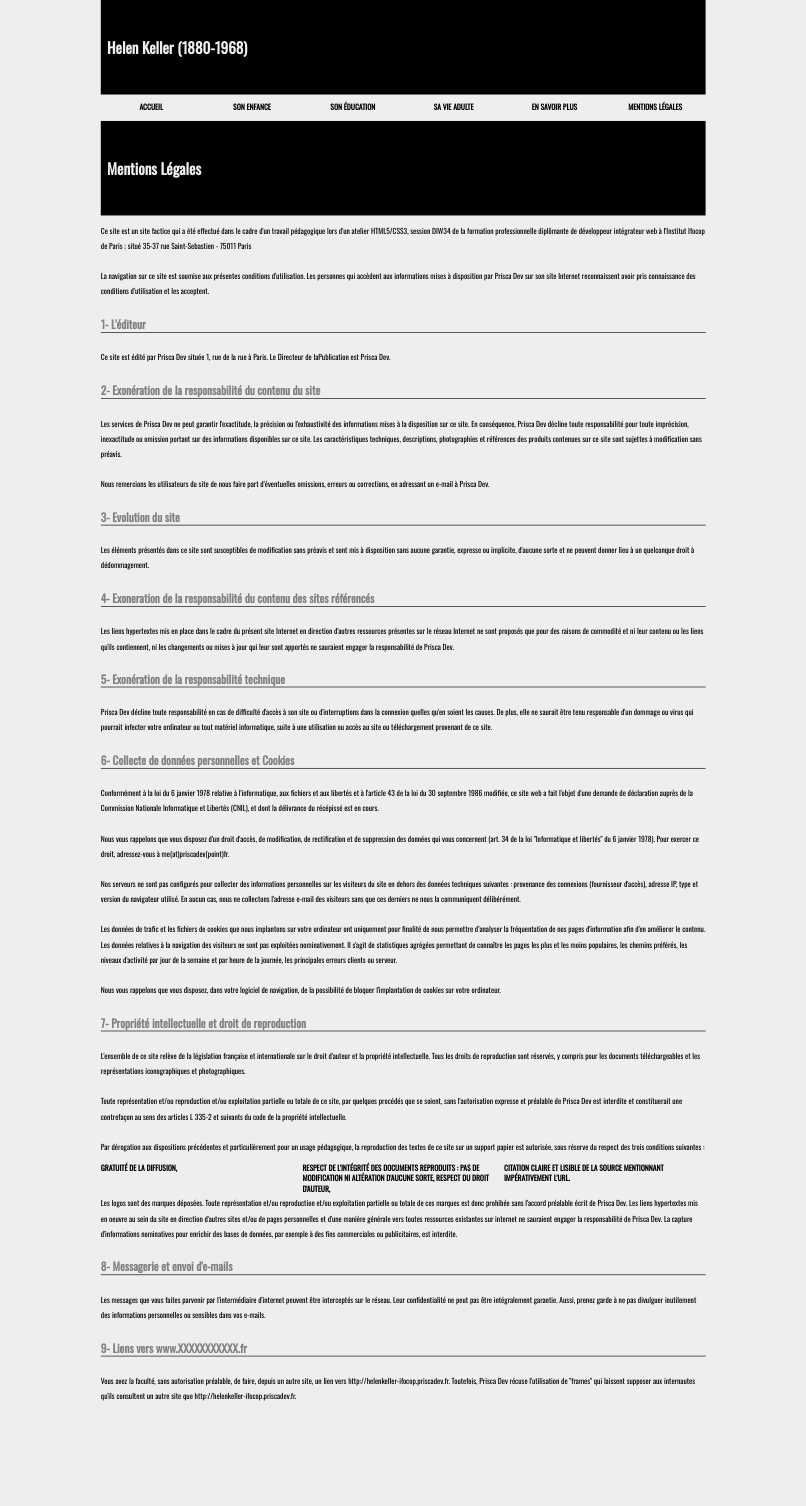
Repository: Luc010/Exercices
Page: HTML CSS/biographie_helen_keller/mentions.html
An editor plug-in stored every save of this project. The page is shown before and after a run of saves, followed by the edit.
The browser window is 1280 px wide. The pictures show the whole page, at 63% of full size.

Above is the page before, as saved 2019-09-04 15:39:56.

### HTML CSS/biographie_helen_keller/mentions.html
<!DOCTYPE html>
<html lang="fr">
<head>
    <title>Biographie Helen Keller - Mentions Légales</title>
    <meta charset="UTF-8">
    <meta name="viewport" content="width=device-width, initial-scale=1.0">
    <meta http-equiv="X-UA-Compatible" content="ie=edge">
    <link href="style.css" rel="stylesheet">
</head>
<body>
    <header>
        <div class="container">
            <h1>Helen Keller (1880-1968)</h1>
        </div>
    </header>
    <nav>
        <ul>
            <li><a href="index.html">Accueil</a></li>
            <li><a href="enfance.html">Son enfance</a></li>
            <li><a href="education.html">Son éducation</a></li>
            <li><a href="adulte.html">Sa vie adulte</a></li>
            <li><a href="savoirplus.html">En savoir plus</a></li>
            <li><a href="mentions.html">Mentions légales</a></li>
        </ul>
    </nav>
    <main>
        <div class="container">
            <h1>Mentions Légales</h1>
            <p>Ce site est un site factice qui a été effectué dans le cadre d'un travail
                pédagogique lors d'un atelier HTML5/CSS3, session DIW34 de la formation professionnelle diplômante de
                développeur intégrateur web à l'Institut Ifocop de
                Paris ; situé 35-37 rue Saint-Sebastien - 75011 Paris
            </p>
            <p>
                La navigation sur ce site est soumise aux présentes conditions d'utilisation. Les personnes
                qui accèdent aux informations mises à disposition par Prisca Dev sur son site Internet reconnaissent
                avoir pris
                connaissance des conditions d'utilisation et les acceptent.
            </p>
            <h2>1- L'éditeur</h2>
            <p>Ce site est édité par Prisca Dev située 1, rue de la rue à Paris. Le Directeur de laPublication est
                Prisca Dev.
            </p>
            <h2>2- Exonération de la responsabilité du contenu du site</h2>
            <p>Les services de Prisca Dev ne peut garantir l'exactitude, la précision ou l'exhaustivité
                des informations mises à la disposition sur ce site. En conséquence, Prisca Dev décline toute
                responsabilité
                pour toute imprécision, inexactitude ou omission portant sur des informations disponibles sur ce site.
                Les
                caractéristiques techniques, descriptions, photographies et références des produits contenues sur ce
                site sont
                sujettes à modification sans préavis.
            </p>
            <p>Nous remercions les utilisateurs du site de nous faire part d’éventuelles omissions, erreurs ou
                corrections,
                en adressant un e-mail à Prisca Dev.
            </p>
            <h2>3- Evolution du site</h2>
            <p>Les éléments présentés dans ce site sont susceptibles de modification sans préavis et sont
                mis à disposition sans aucune garantie, expresse ou implicite, d'aucune sorte et ne peuvent donner lieu
                à un
                quelconque droit à dédommagement.</p>
            <h2>4- Exoneration de la responsabilité du contenu des sites référencés</h2>
            <p>Les liens hypertextes mis en place dans le cadre du présent site Internet en direction
                d'autres ressources présentes sur le réseau Internet ne sont proposés que pour des raisons de commodité
                et ni
                leur contenu ou les liens qu'ils contiennent, ni les changements ou mises à jour qui leur sont apportés
                ne
                sauraient engager la responsabilité de Prisca Dev.
            </p>
            <h2>5- Exonération de la responsabilité technique</h2>
            <p>Prisca Dev décline toute responsabilité en cas de difficulté d'accès à son site ou
                d'interruptions dans la connexion quelles qu'en soient les causes. De plus, elle ne saurait être tenu
                responsable d'un dommage ou virus qui pourrait infecter votre ordinateur ou tout matériel informatique,
                suite à
                une utilisation ou accès au site ou téléchargement provenant de ce site.
            </p>
            <h2>6- Collecte de données personnelles et Cookies</h2>
            <p>Conformément à la loi du 6 janvier 1978 relative à l'informatique, aux fichiers et aux
                libertés et à l'article 43 de la loi du 30 septembre 1986 modifiée, ce site web a fait l'objet d'une
                demande de
                déclaration auprès de la Commission Nationale Informatique et Libertés (CNIL), et dont la délivrance du
                récépissé est en cours.
            </p>
            <p>Nous vous rappelons que vous disposez d'un droit d'accès, de modification, de rectification
                et de suppression des données qui vous concernent (art. 34 de la loi "Informatique et libertés" du 6
                janvier
                1978). Pour exercer ce droit, adressez-vous à me(at)priscadev(point)fr.
            </p>
            <p>Nos serveurs ne sont pas configurés pour collecter des informations personnelles sur les
                visiteurs du site en dehors des données techniques suivantes : provenance des connexions (fournisseur
                d'accès),
                adresse IP, type et version du navigateur utilisé. En aucun cas, nous ne collectons l'adresse e-mail des
                visiteurs sans que ces derniers ne nous la communiquent délibérément.
            </p>
            <p>Les données de trafic et les fichiers de cookies que nous implantons sur votre ordinateur
                ont uniquement pour finalité de nous permettre d’analyser la fréquentation de nos pages d'information
                afin d'en
                améliorer le contenu. Les données relatives à la navigation des visiteurs ne sont pas exploitées
                nominativement.
                Il s'agit de statistiques agrégées permettant de connaître les pages les plus et les moins populaires,
                les
                chemins préférés, les niveaux d'activité par jour de la semaine et par heure de la journée, les
                principales
                erreurs clients ou serveur.</p>
            <p>
                Nous vous rappelons que vous disposez, dans votre logiciel de navigation, de la possibilité de bloquer
                l'implantation de cookies sur votre ordinateur.</p>
            <h2>7- Propriété intellectuelle et droit de reproduction</h2>
            <p>L'ensemble de ce site relève de la législation française et internationale sur le droit
                d'auteur et la propriété intellectuelle. Tous les droits de reproduction sont réservés, y compris pour
                les
                documents téléchargeables et les représentations iconographiques et photographiques.</p>
            <p>Toute représentation et/ou reproduction et/ou exploitation partielle ou totale de ce site,
                par quelques procédés que se soient, sans l'autorisation expresse et préalable de Prisca Dev est
                interdite et
                constituerait une contrefaçon au sens des articles L 335-2 et suivants du code de la propriété
                intellectuelle.
            </p>
            <p>Par dérogation aux dispositions précédentes et particulièrement pour un usage pédagogique,
                la reproduction des textes de ce site sur un support papier est autorisée, sous réserve du respect des
                trois
                conditions suivantes :
            </p>
            <ul>
                <li>gratuité de la diffusion,</li>
                <li>respect de l'intégrité des documents reproduits : pas de modification ni altération d'aucune sorte,
                    respect
                    du droit d'auteur,</li>
                <li>citation claire et lisible de la source mentionnant impérativement l'URL.</li>
            </ul>
            <p>Les logos sont des marques déposées. Toute représentation et/ou reproduction et/ou
                exploitation partielle ou totale de ces marques est donc prohibée sans l'accord préalable écrit de
                Prisca Dev.
                Les liens hypertextes mis en oeuvre au sein du site en direction d'autres sites et/ou de pages
                personnelles et
                d'une manière générale vers toutes ressources existantes sur internet ne sauraient engager la
                responsabilité de
                Prisca Dev. La capture d'informations nominatives pour enrichir des bases de données, par exemple à des
                fins
                commerciales ou publicitaires, est interdite.
            </p>
            <h2>8- Messagerie et envoi d'e-mails</h2>
            <p>Les messages que vous faites parvenir par l'intermédiaire d'internet peuvent être
                interceptés sur le réseau. Leur confidentialité ne peut pas être intégralement garantie. Aussi, prenez
                garde à
                ne pas divulguer inutilement des informations personnelles ou sensibles dans vos e-mails.
            </p>
            <h2>9- Liens vers www.XXXXXXXXXXX.fr</h2>
            <p>Vous avez la faculté, sans autorisation préalable, de faire, depuis un autre site, un lien
                vers http://helenkeller-ifocop.priscadev.fr. Toutefois, Prisca Dev récuse l'utilisation de "frames" qui
                laissent
                supposer aux internautes qu'ils consultent un autre site que http://helenkeller-ifocop.priscadev.fr.
            </p>
        </div>
    </main>
    <footer>
        <div class="container"></div>
    </footer>
</body>
</html>

### HTML CSS/biographie_helen_keller/style.css
@import url('https://fonts.googleapis.com/css?family=Oswald&display=swap');
body{
    margin: 0;
    padding: 0;
    background-color: #eee;
    font-size: 12px;
    font-family: 'Oswald',corbel,calibri,sans-serif;
}
h1{
    background-color: black;
    color: #eee;
    text-indent: 10px;
    height: 150px;
    line-height: 150px;
    margin: 0;
}
h2{
    color: grey;
    border-bottom: 1px solid black;
}
p{
    /* Pourcentage plus simple à gérer, interligne (utilité: bcp de text) */
    line-height:200%;
}
img{
    border: 1px solid black;
    border-radius: 20px;
    padding: 10px;
}
.container {
    display: flex;
    flex-direction: column;
    min-height: 150px;
    width: 960px;
    margin-left: auto;
    margin-right: auto;
}
nav {
    min-height: 40px;
    position: sticky;
    top: 0;
    width: 960px;
    margin-left: auto;
    margin-right: auto;
}
ul, li {
    margin: 0;
    padding: 0;
    list-style: none;
}
ul {
    display: flex;
}
li {
    width: 100%;
    margin-bottom: 2px;
    height: 40px;
    font-weight: bold;
    text-transform: uppercase;
}
a {
    color: black;
    text-decoration: none;
    display: block;
    height: 40px;
    line-height: 40px;
    text-align: center;
    background-color: #eee;
}
a:hover {
    color: white;
    background-color: black;
}

After the next 4 saves:
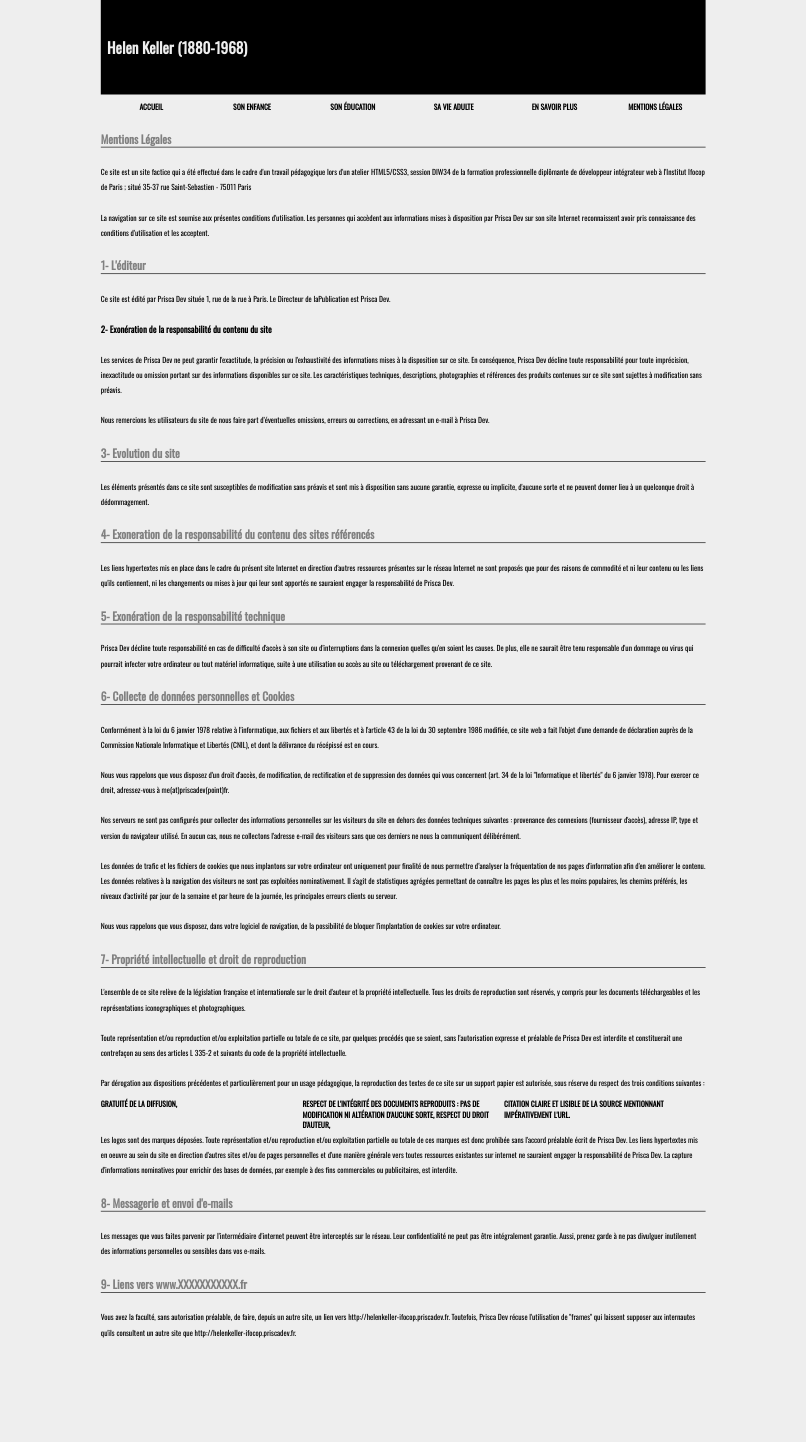
The 4 saves are shown as one change because they came seconds apart.
The last was saved 12 s later.
--- a/HTML CSS/biographie_helen_keller/mentions.html
+++ b/HTML CSS/biographie_helen_keller/mentions.html
@@ -25,7 +25,7 @@
     </nav>
     <main>
         <div class="container">
-            <h1>Mentions Légales</h1>
+            <h2>Mentions Légales</h2>
             <p>Ce site est un site factice qui a été effectué dans le cadre d'un travail
                 pédagogique lors d'un atelier HTML5/CSS3, session DIW34 de la formation professionnelle diplômante de
                 développeur intégrateur web à l'Institut Ifocop de
@@ -41,7 +41,7 @@
             <p>Ce site est édité par Prisca Dev située 1, rue de la rue à Paris. Le Directeur de laPublication est
                 Prisca Dev.
             </p>
-            <h2>2- Exonération de la responsabilité du contenu du site</h2>
+            <h3>2- Exonération de la responsabilité du contenu du site</h3>
             <p>Les services de Prisca Dev ne peut garantir l'exactitude, la précision ou l'exhaustivité
                 des informations mises à la disposition sur ce site. En conséquence, Prisca Dev décline toute
                 responsabilité
